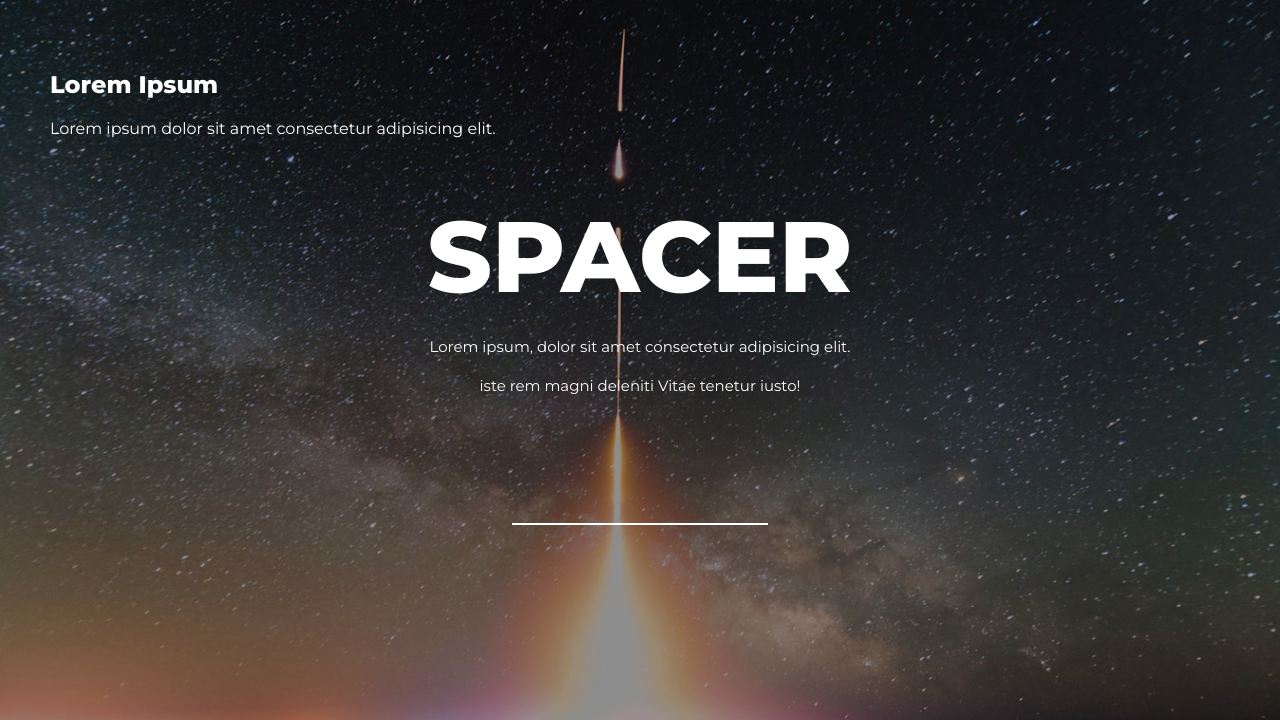
Repository: bwieckowski/spacer-vue-tutorial
Page: /
The author's editor kept a copy of each file at every save. The page is drawn from the files as they stood at one save, then again after a run of saves.
The browser window is 1280 px wide. The pictures show the whole page.
The project was rebuilt for these pictures with package versions that can differ from the ones it lists, and the page was loaded fresh each time. Also part of the build but not shown: src/components/Item.vue.

Above is the page before, as saved 2019-01-04 23:37:06.

After the next 2 saves:
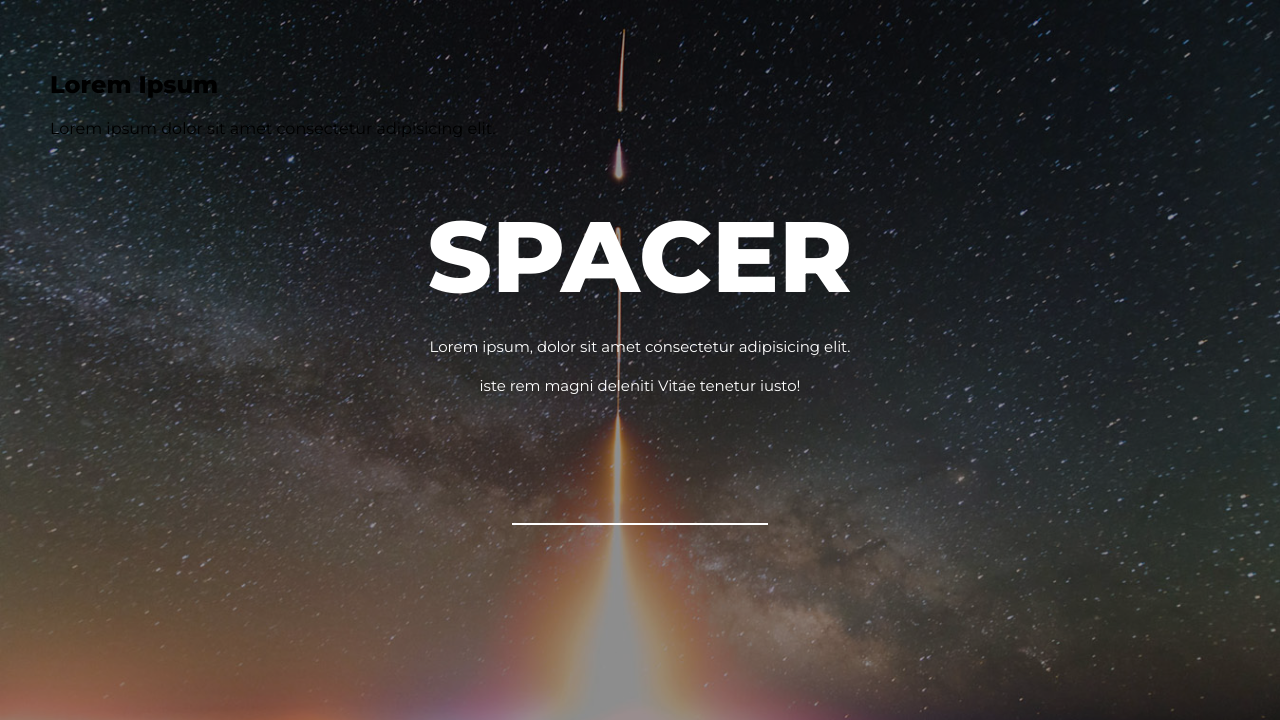
The 2 saves are shown as one change because they came seconds apart.
The last was saved 27 s later.
--- a/src/components/Modal.vue
+++ b/src/components/Modal.vue
@@ -22,6 +22,7 @@ export default {
 <style lang="scss" scoped>
   .ModalWrapper{
     position:fixed;
+    color:black;
     top: 0;
     left: 0;
     max-width: 100%;
